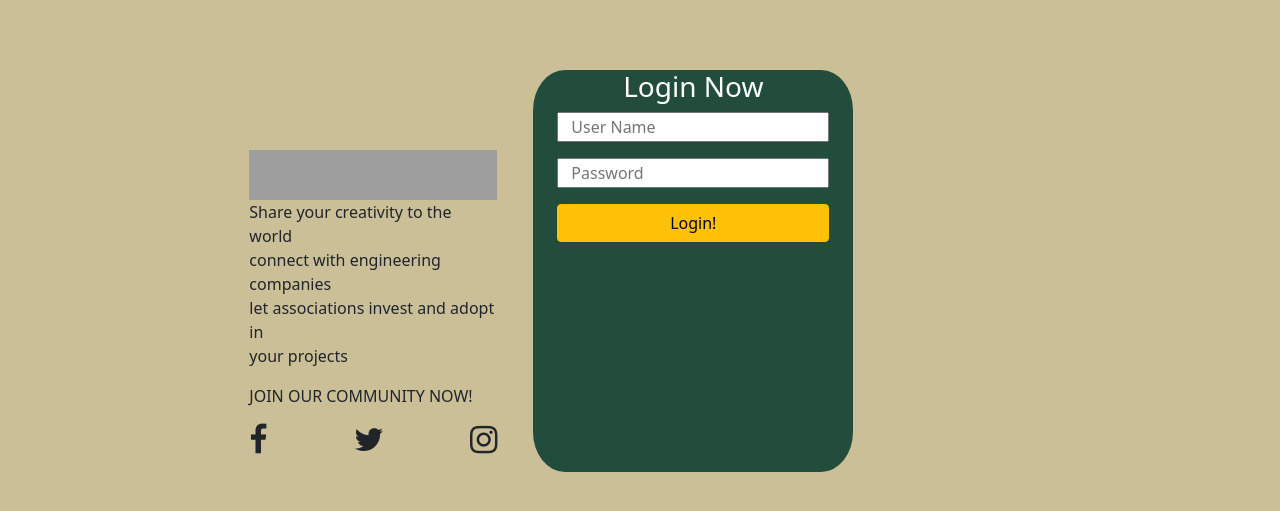
Repository: ahmadjamal-1997/Project-Taqadam
Page: http://localhost/Taqadam/WEB-INF/login.jsp
The author's editor kept a copy of each file at every save. The page is drawn from the files as they stood at one save, then again after the next save.
The browser window is 1280 px wide. The pictures show the whole page.
Pictures or frames that could not be fetched are drawn as grey boxes. The page is served by Tomcat 9. Nobody is signed in. The template is opened directly, without the code that normally fills it, so the values that code supplies are empty.

Above is the page before, as saved 2022-03-31 10:27:50.

After the next save:
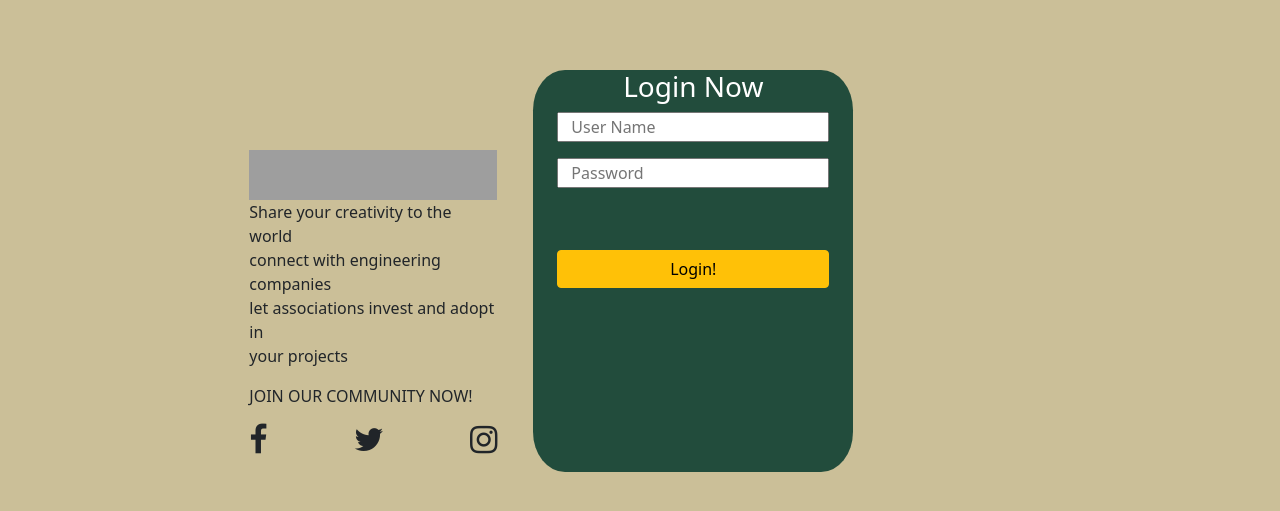
Saved 41 s later.
--- a/Taqadam-new/Taqadam-java/Taqadam-new/Taqadam/src/main/webapp/WEB-INF/login.jsp
+++ b/Taqadam-new/Taqadam-java/Taqadam-new/Taqadam/src/main/webapp/WEB-INF/login.jsp
@@ -61,6 +61,8 @@
             <div class="row mb-3">
             <input type="password" id="password" name="password" placeholder="Password"/>
             </div>
+            <div class="row mb-3" style="height:30px">
+            </div>
             <div class="row mb-3">
        		 <input type="hidden" name="${_csrf.parameterName}" value="${_csrf.token}"/>
        		 <input type="submit" class="btn btn-warning" value="Login!"/>
